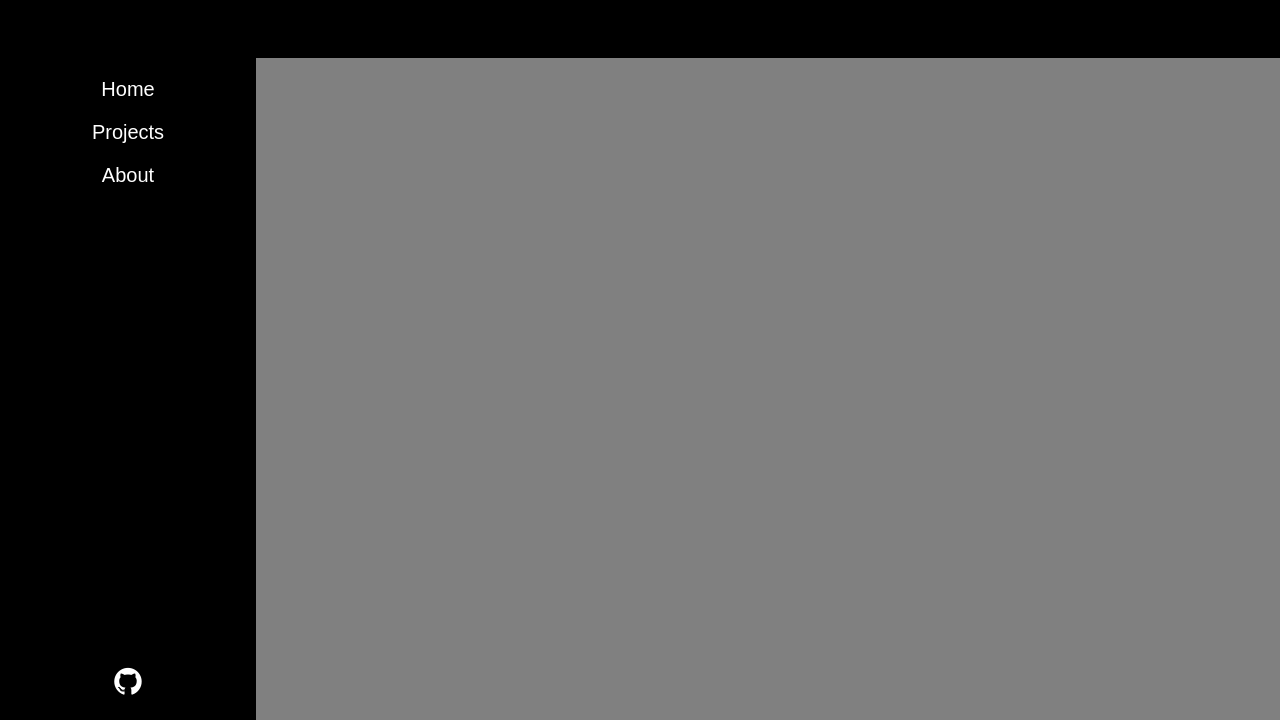
Repository: josephinel6/josephinel6.github.io
Page: index.html
These files come from the project's save history. The page is drawn as it stood at one moment and after the next save; the edit follows.
The browser window is 1280 px wide. The pictures show the whole page.

Above is the page before, as saved 2023-04-05 07:37:35.

### index.html
<!DOCTYPE html>
<html>

<head>
    <style>
        :root.light {
            --color-bg: white;
            --color-menu-text: black;
            --color-page-bg: darkgray;
            --color-obj-bg: gray;
            --color-title-text: black;
            --color-gen-text: black;
        }

        :root.dark {
            --color-bg: black;
            --color-menu-text: white;
            --color-page-bg: gray;
            --color-obj-bg: darkgray;
            --color-title-text: white;
            --color-gen-text: white;
        }

        /* :root {
            --color-bg: black;
        } */

        html,
        body {
            height: 100%;
            width: 100%;
            margin: 0;
            position: relative;
            /* border-color: blue;
            border-radius: 10px;
            border-style: solid; */
            padding: 0;
        }

        #menu {
            height: 100%;
            width: 20%;
            position: absolute;
            z-index: 1;
            top: 0;
            bottom: 0;
            background-color: var(--color-bg);
        }

        #topbar {
            width: 100%;
            height: 8%;
            background-color: var(--color-bg);
            position: absolute;
        }

        .menutext {
            color: var(--color-menu-text);
            font-family: sans-serif;
            font-size: 20px;
        }

        .fa-github {
            color: var(--color-menu-text);
        }

        #window {
            background-color: var(--color-page-bg);
            position: absolute;
            height: 92%;
            width: 80%;
            right: 0;
            bottom: 0;
        }

        .tabcontent {
            height: 100%;
            width: 100%;
            position: absolute;
        }

        .projectbutton {
            height: 150px;
            width: 95%;
            margin-top: 2.5%;
            margin-left: 2.5%;
            background-color: var(--color-obj-bg);
            border-radius: 5px;
            font-family: sans-serif;
            font-size: 30px;
        }
    </style>
    <link rel="stylesheet" href="https://cdnjs.cloudflare.com/ajax/libs/font-awesome/4.7.0/css/font-awesome.min.css">
    <script type="module" src="https://cdn.jsdelivr.net/gh/zerodevx/zero-md@2/dist/zero-md.min.js"></script>
    <script type="module" src="https://md-block.verou.me/md-block.js"></script>
</head>

<body>
    <div id="menu">
        <div style="position:absolute; top: 8%; width: 100%; text-align: center;">

            <p class="menutext"> Home </p>
            <p class="menutext" onclick="openpage('projectbuttons')"> Projects </p>
            <p class="menutext"> About </p>

        </div>

        <div style="position:absolute; bottom:3%; width: 100%; text-align: center;">
            <a href="https://github.com/josephinel6" class="fa fa-github fa-2x" style="text-decoration: none;"></a>
        </div>
    </div>
    <div id="topbar">

    </div>
    <div id="window">
        <div id="homepage" class="tabcontent"></div>
        <div id="projectbuttons" class="tabcontent">
            <div class="projectbutton" onclick="openpage('weatherAPI')"> Weather API </div>
        </div>
        <zero-md src="https://josephinel6.github.io/weatherAPI.md" class="tabcontent" id="weatherAPI"></zero-md>
        <div class="tabcontent" id="about"></div>
    </div>
    <script>
        window.onload = function () {
            document.documentElement.classList.remove("light")
            document.documentElement.classList.add("dark")
            window.localStorage.setItem('mode', 'dark');
            console.log("dark")
            tabcontent = document.getElementsByClassName("tabcontent");
            for (i = 0; i < tabcontent.length; i++) {
                tabcontent[i].style.display = "none";
            }
            document.getElementById("homepage").style.display = "block";
        }

        function openpage(pageName) {
            var i, tabcontent, tablinks;
            tabcontent = document.getElementsByClassName("tabcontent");
            for (i = 0; i < tabcontent.length; i++) {
                tabcontent[i].style.display = "none";
            }
            tablinks = document.getElementsByClassName("tablink");
            for (i = 0; i < tablinks.length; i++) {
                tablinks[i].style.backgroundColor = "";
            }
            document.getElementById(pageName).style.display = "block";

            document.body.scrollTop = 0;
            document.documentElement.scrollTop = 0;
        }
    </script>

</body>

</html>

After the next save:
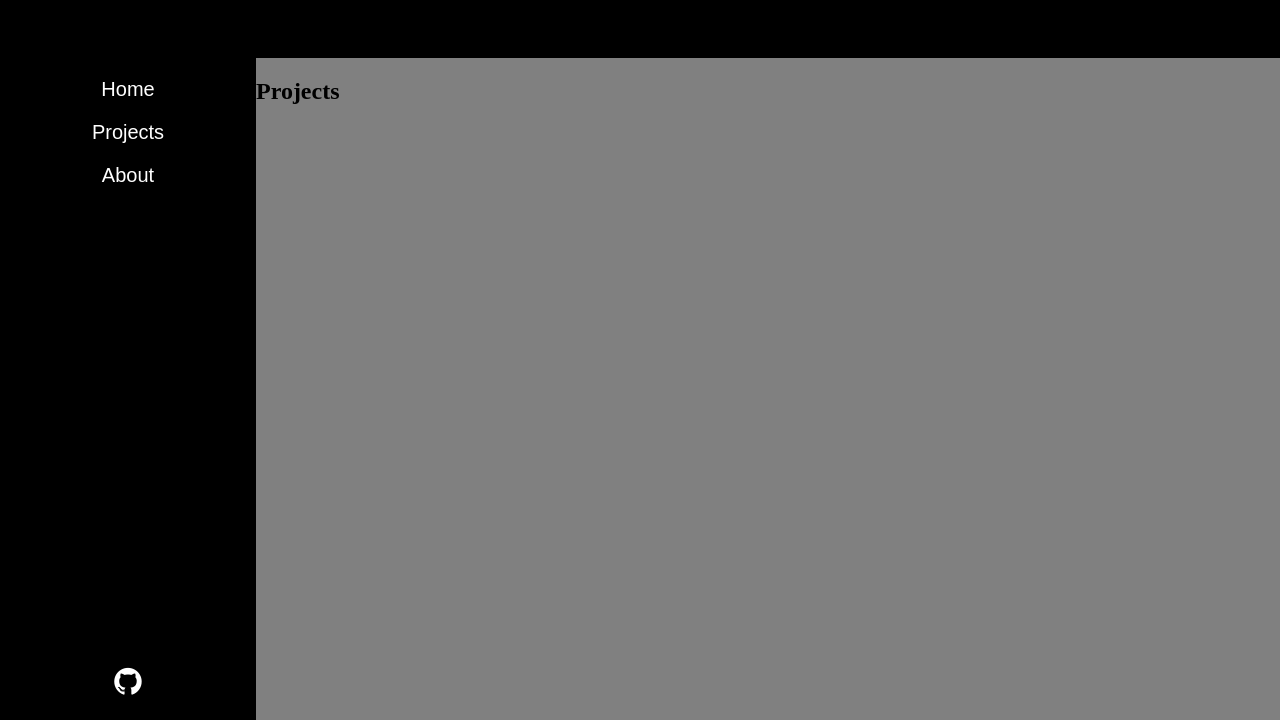
Saved 17 s later.
--- a/index.html
+++ b/index.html
@@ -113,7 +113,9 @@
 
     </div>
     <div id="window">
-        <div id="homepage" class="tabcontent"></div>
+        <div id="homepage" class="tabcontent">
+            <h2> Projects </h2>
+        </div>
         <div id="projectbuttons" class="tabcontent">
             <div class="projectbutton" onclick="openpage('weatherAPI')"> Weather API </div>
         </div>
